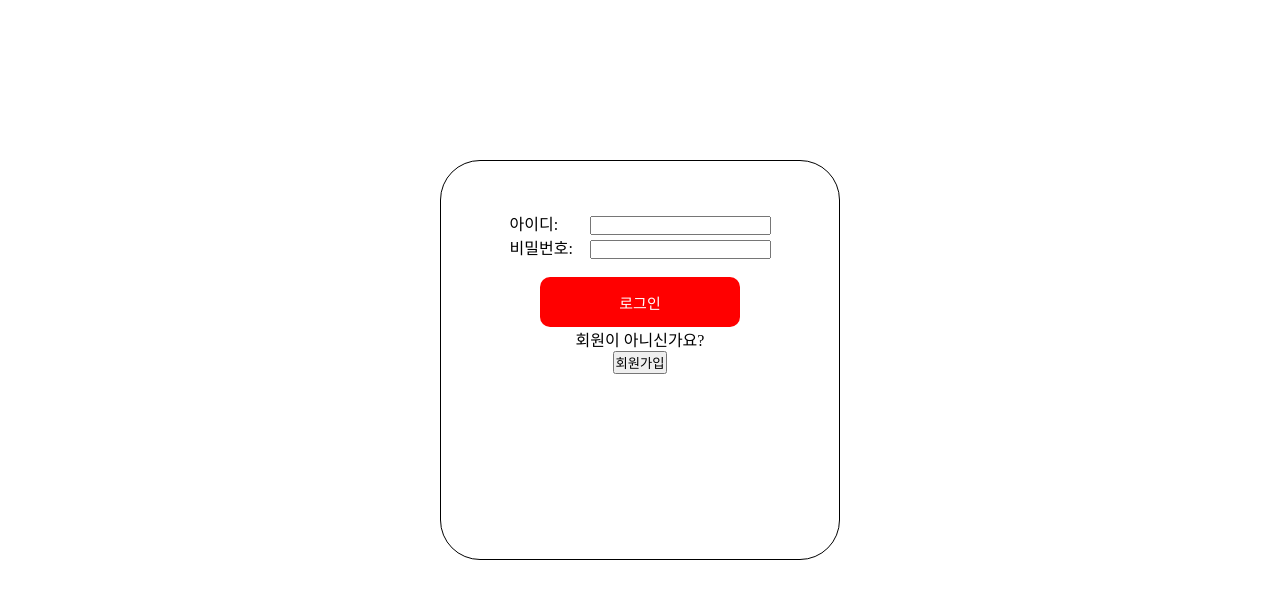
Repository: KGH1125/jsp_project
Page: http://localhost/jsp_project4/
These files come from the project's save history. The page is drawn as it stood at one moment and after the next save; the edit follows.
The browser window is 1280 px wide. The pictures show the whole page.
The page is served by Tomcat 9. Other server files are loaded and not shown.

Above is the page before, as saved 2023-05-30 01:44:02.

### jsp_project4/jsp_project4/src/main/webapp/main.jsp
<%@ page language="java" contentType="text/html; charset=UTF-8"
	pageEncoding="UTF-8"%>
<!DOCTYPE html>
<html>
<head>
<meta charset="UTF-8">
<title>Main</title>
<style type="text/css">
* {
	margin: 0;
	padding: 0;
	box-sizing: border-box;
}

.mainbox {
	width: 400px;
	height: 400px;
	border: 1px solid black;
	border-radius: 10%;
	left: 50%;
	top: 50%;
	position: absolute;
	transform: translate(-50%, -50%);
	text-align: center;
	padding: 50px;
}

.tspan {
	display: inline-block;
	width: 80px;
	text-align: left;
}

.loginbtn {
	width: 200px;
	height: 50px;
	color: white;
	background-color: red;
	font-size: 15px;
	border: none;
	border-radius: 10px
}
</style>

</head>
<body>
	<div class="mainbox">
		<form>
			<span class="tspan">아이디:</span><input type="text" name="id"><br>
			<span class="tspan">비밀번호:</span><input type="password"
				name="password"><br> <br>
			<button class="loginbtn" type="submit">로그인</button>
			<div>
				회원이 아니신가요?<br> <a><button>회원가입</button></a>
			</div>
		</form>

	</div>

</body>
</html>

After the next save:
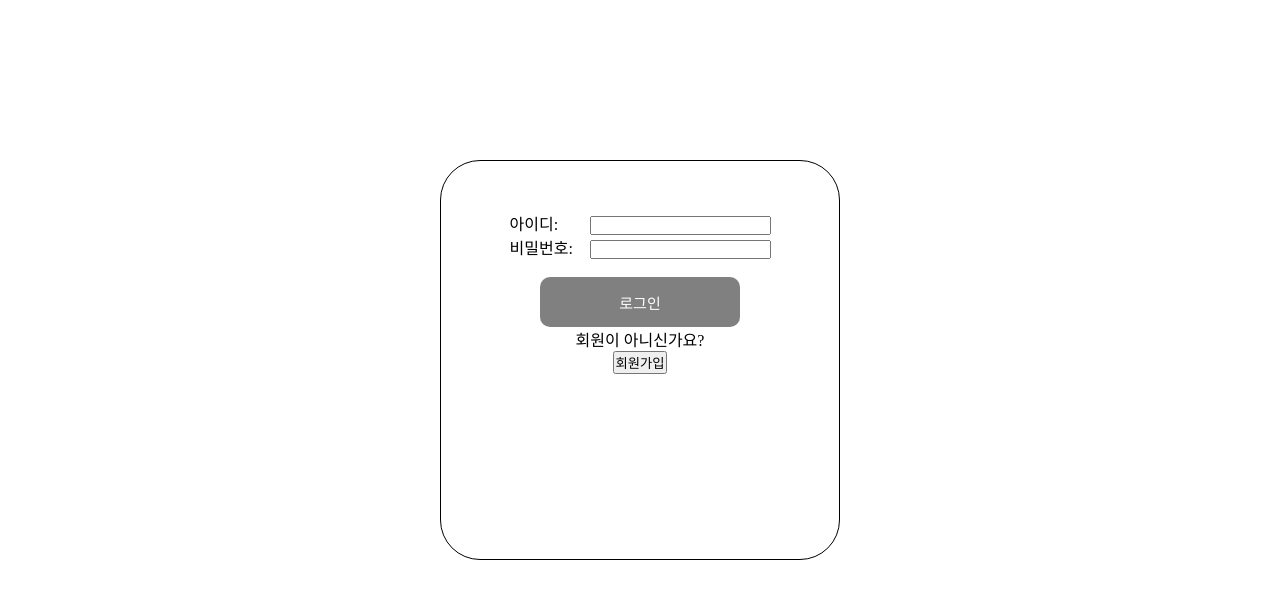
Saved 59 s later.
--- a/jsp_project4/jsp_project4/src/main/webapp/main.jsp
+++ b/jsp_project4/jsp_project4/src/main/webapp/main.jsp
@@ -35,10 +35,11 @@
 	width: 200px;
 	height: 50px;
 	color: white;
-	background-color: red;
+	background-color: gray;
 	font-size: 15px;
 	border: none;
 	border-radius: 10px
+
 }
 </style>
 
